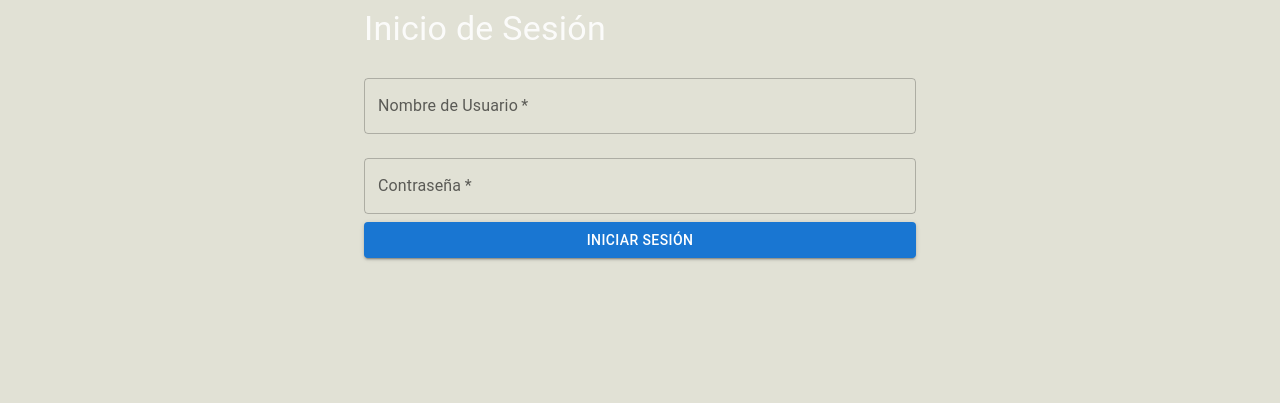
Repository: Mpablom/usuarioCaC-integrador-final-front
Page: /
An editor plug-in stored every save of this project. The page is shown before and after the next save, followed by the edit.
The browser window is 1280 px wide. The pictures show the whole page.
The project was rebuilt for these pictures with package versions that can differ from the ones it lists, and the page was loaded fresh each time. Also part of the build but not shown: vite.config.ts, src/components/UsuariosTable.tsx.

Above is the page before, as saved 2024-07-11 00:11:49.

### src/App.tsx
// App.tsx (o donde configures tus rutas)
import React from 'react';
import {
  BrowserRouter as Router,
  Route,
  Routes,
  Navigate,
} from 'react-router-dom';
import Login from './components/Login'; // Componente de inicio de sesión
import UsuariosTable from './components/UsuariosTable'; // Componente de la tabla de usuarios

const App: React.FC = () => {
  return (
    <Router>
      <Routes>
        <Route path="/login" element={<Login />} />
        <Route path="/usuarios" element={<UsuariosTable />} />
        <Route path="/" element={<Navigate to="/login" />} />
      </Routes>
    </Router>
  );
};

export default App;

### src/index.css
 :root {
  font-family: system-ui, -apple-system, BlinkMacSystemFont, 'Segoe UI', Roboto;
  line-height: 1.5;
  /* font-weight: 400; */

  color-scheme: light dark;
  color: rgba(255, 255, 255, 0.87);
  background-color: #E1E1D5;

  font-synthesis: none;
  text-rendering: optimizeLegibility;
  -webkit-font-smoothing: antialiased;
  -moz-osx-font-smoothing: grayscale;
}
Card{
  background-color: #B4B4AA;
}
/*
a {
  font-weight: 500;
  color: #646cff;
  text-decoration: inherit;
}
a:hover {
  color: #535bf2;
}

body {
  margin: 0;
  display: flex;
  place-items: center;
  min-width: 320px;
  min-height: 100vh;
}

h1 {
  font-size: 3.2em;
  line-height: 1.1;
  color: #1a1a1a;
}

button {
  border-radius: 8px;
  border: 1px solid transparent;
  padding: 0.6em 1.2em;
  font-size: 1em;
  font-weight: 500;
  font-family: inherit;
  background-color: #1a1a1a;
  cursor: pointer;
  transition: border-color 0.25s;
}
button:hover {
  border-color: #646cff;
}
button:focus,
button:focus-visible {
  outline: 4px auto -webkit-focus-ring-color;
}

@media (prefers-color-scheme: light) {
  :root {
    color: #213547;
    background-color: #ffffff;
  }
  a:hover {
    color: #747bff;
  }
  button {
    background-color: #f9f9f9;
  }
}
 */

### src/components/Login.tsx
import { Button, Container, TextField, Typography } from '@mui/material';
import { login } from '../axios/UsuarioApi';
import { useState } from 'react';
import { useNavigate } from 'react-router-dom';


const Login:React.FC = () => {
    const [username, setUsername] = useState('');
    const [password, setPassword] = useState('');
    const [error, setError] = useState('');
    const navigate = useNavigate();
    const handleLogin = async(event: React.FormEvent<HTMLFormElement>) => {
        event.preventDefault();
        setError('');
        try {
            const response = await login({username, password});
            if (response.message === 'Autenticación exitosa') {
                navigate('/usuarios');
            }
        }catch(error) {
            setError("Error al iniciar sesión");
        }
    };
    return (
    <Container maxWidth="sm">
      <Typography variant="h4" component="h1" gutterBottom>
        Inicio de Sesión
      </Typography>
      <form onSubmit={handleLogin}>
        <TextField
          label="Nombre de Usuario"
          variant="outlined"
          fullWidth
          margin="normal"
          value={username}
          onChange={(e) => setUsername(e.target.value)}
          required
        />
        <TextField
          label="Contraseña"
          variant="outlined"
          fullWidth
          margin="normal"
          type="password"
          value={password}
          onChange={(e) => setPassword(e.target.value)}
          required
        />
        {error && (
          <Typography color="error" variant="body2">
            {error}
          </Typography>
        )}
        <Button type="submit" variant="contained" color="primary" fullWidth>
          Iniciar Sesión
        </Button>
      </form>
    </Container>
  );
};

export default Login;

### src/axios/UsuarioApi.ts
import api from './Api';
import { Usuario, UsuarioLogin } from '../models/UsuarioModel';

export const getUsuarios = async (): Promise<Usuario[]> => {
  const response = await api.get('/usuarios');
  return response.data;
};

export const getUsuarioById = async (id: number): Promise<Usuario> => {
  const response = await api.get(`/usuarios/${id}`);
  return response.data;
};

export const createUsuario = async (usuario: Usuario): Promise<void> => {
  const response = await api.post('/usuarios', usuario);
  return response.data;
};

export const updateUsuario = async (id: number, usuario: Usuario): Promise<void> => {
  const response = await api.put(`/usuarios/${id}`, usuario);
  return response.data;
};

export const deleteUsuario = async (id: number): Promise<void> => {
  const response = await api.delete(`/usuarios/${id}`);
  return response.data;
};

export const restoreUsuario = async (id: number): Promise<void> => {
  const response = await api.patch(`/usuarios/${id}`);
  return response.data;
};
export const login = async (usuarioLogin: UsuarioLogin): Promise<Usuario> => {
    try {
        const response = await api.post(`/usuarios/login`, usuarioLogin);
        return response.data as Usuario; // Asegúrate de que response.data sea del tipo Usuario
    } catch (error) {
        if (error instanceof Error) {
            throw new Error(`Error al iniciar sesión: ${error.message}`);
        } else {
            throw new Error(`Error al iniciar sesión: Error desconocido`);
        }
    }
  }

### src/axios/api.ts
import axios from 'axios';

const api = axios.create({
  baseURL: 'http://localhost:8080',
  headers: {
    'Content-Type': 'application/json',
  },
});

export default api;

Loaded but not shown: index.html (common file); src/main.tsx (common file)

After the next save:
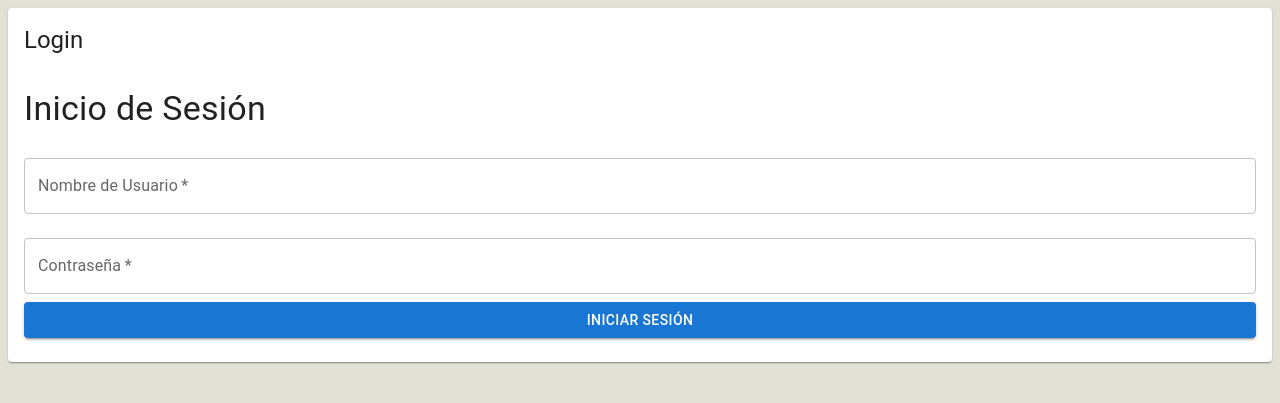
Saved 3 min 6 s later.
--- a/src/components/Login.tsx
+++ b/src/components/Login.tsx
@@ -1,61 +1,71 @@
-import { Button, Container, TextField, Typography } from '@mui/material';
-import { login } from '../axios/UsuarioApi';
-import { useState } from 'react';
-import { useNavigate } from 'react-router-dom';
+import {
+  Button,
+  Card,
+  CardContent,
+  CardHeader,
+  Container,
+  TextField,
+  Typography,
+} from "@mui/material";
+import { login } from "../axios/UsuarioApi";
+import { useState } from "react";
+import { useNavigate } from "react-router-dom";
 
-
-const Login:React.FC = () => {
-    const [username, setUsername] = useState('');
-    const [password, setPassword] = useState('');
-    const [error, setError] = useState('');
-    const navigate = useNavigate();
-    const handleLogin = async(event: React.FormEvent<HTMLFormElement>) => {
-        event.preventDefault();
-        setError('');
-        try {
-            const response = await login({username, password});
-            if (response.message === 'Autenticación exitosa') {
-                navigate('/usuarios');
-            }
-        }catch(error) {
-            setError("Error al iniciar sesión");
-        }
-    };
-    return (
-    <Container maxWidth="sm">
-      <Typography variant="h4" component="h1" gutterBottom>
-        Inicio de Sesión
-      </Typography>
-      <form onSubmit={handleLogin}>
-        <TextField
-          label="Nombre de Usuario"
-          variant="outlined"
-          fullWidth
-          margin="normal"
-          value={username}
-          onChange={(e) => setUsername(e.target.value)}
-          required
-        />
-        <TextField
-          label="Contraseña"
-          variant="outlined"
-          fullWidth
-          margin="normal"
-          type="password"
-          value={password}
-          onChange={(e) => setPassword(e.target.value)}
-          required
-        />
-        {error && (
-          <Typography color="error" variant="body2">
-            {error}
-          </Typography>
-        )}
-        <Button type="submit" variant="contained" color="primary" fullWidth>
-          Iniciar Sesión
-        </Button>
-      </form>
-    </Container>
+const Login: React.FC = () => {
+  const [username, setUsername] = useState("");
+  const [password, setPassword] = useState("");
+  const [error, setError] = useState("");
+  const navigate = useNavigate();
+  const handleLogin = async (event: React.FormEvent<HTMLFormElement>) => {
+    event.preventDefault();
+    setError("");
+    try {
+      const response = await login({ username, password });
+      if (response.message === "Autenticación exitosa") {
+        navigate("/usuarios");
+      }
+    } catch (error) {
+      setError("Error al iniciar sesión");
+    }
+  };
+  return (
+    <Card>
+      <CardHeader title="Login" />
+      <CardContent>
+        <Typography variant="h4" component="h1" gutterBottom>
+          Inicio de Sesión
+        </Typography>
+        <form onSubmit={handleLogin}>
+          <TextField
+            label="Nombre de Usuario"
+            variant="outlined"
+            fullWidth
+            margin="normal"
+            value={username}
+            onChange={(e) => setUsername(e.target.value)}
+            required
+          />
+          <TextField
+            label="Contraseña"
+            variant="outlined"
+            fullWidth
+            margin="normal"
+            type="password"
+            value={password}
+            onChange={(e) => setPassword(e.target.value)}
+            required
+          />
+          {error && (
+            <Typography color="error" variant="body2">
+              {error}
+            </Typography>
+          )}
+          <Button type="submit" variant="contained" color="primary" fullWidth>
+            Iniciar Sesión
+          </Button>
+        </form>
+      </CardContent>
+    </Card>
   );
 };
 
